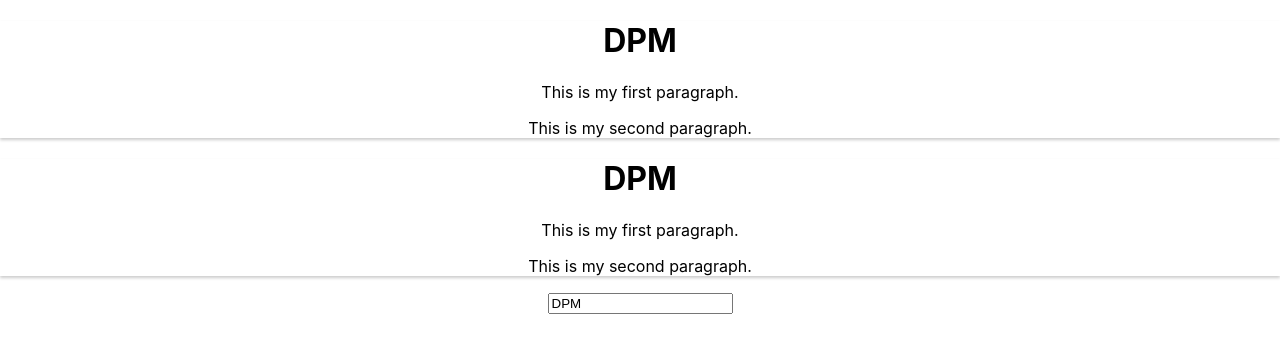
Repository: AidanHak/udemy-react-guide
Page: / (app in base-syntax--assignment-problem/)
The author's editor kept a copy of each file at every save. The page is drawn from the files as they stood at one save, then again after the next save.
The browser window is 1280 px wide. The pictures show the whole page.
The project was rebuilt for these pictures with package versions that can differ from the ones it lists, and the page was loaded fresh each time.

Above is the page before, as saved 2020-12-17 19:33:07.

After the next save:
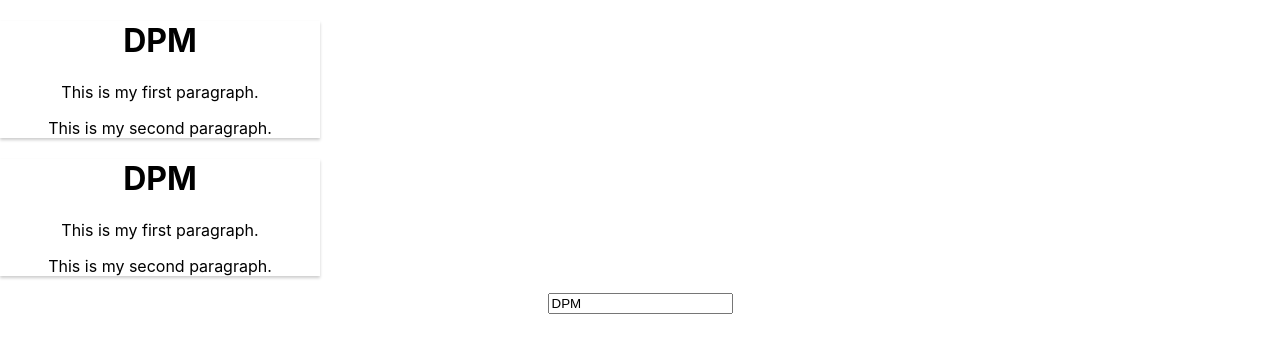
Saved 15 s later.
--- a/base-syntax--assignment-problem/src/UserOutput/UserOutput.js
+++ b/base-syntax--assignment-problem/src/UserOutput/UserOutput.js
@@ -2,6 +2,7 @@ import React from 'react';
 
 const UserOutput = (props) => {
 	const style = {
+		width: '25%',
 		boxShadow: '0 2px 3px #ccc'
 	}
 
